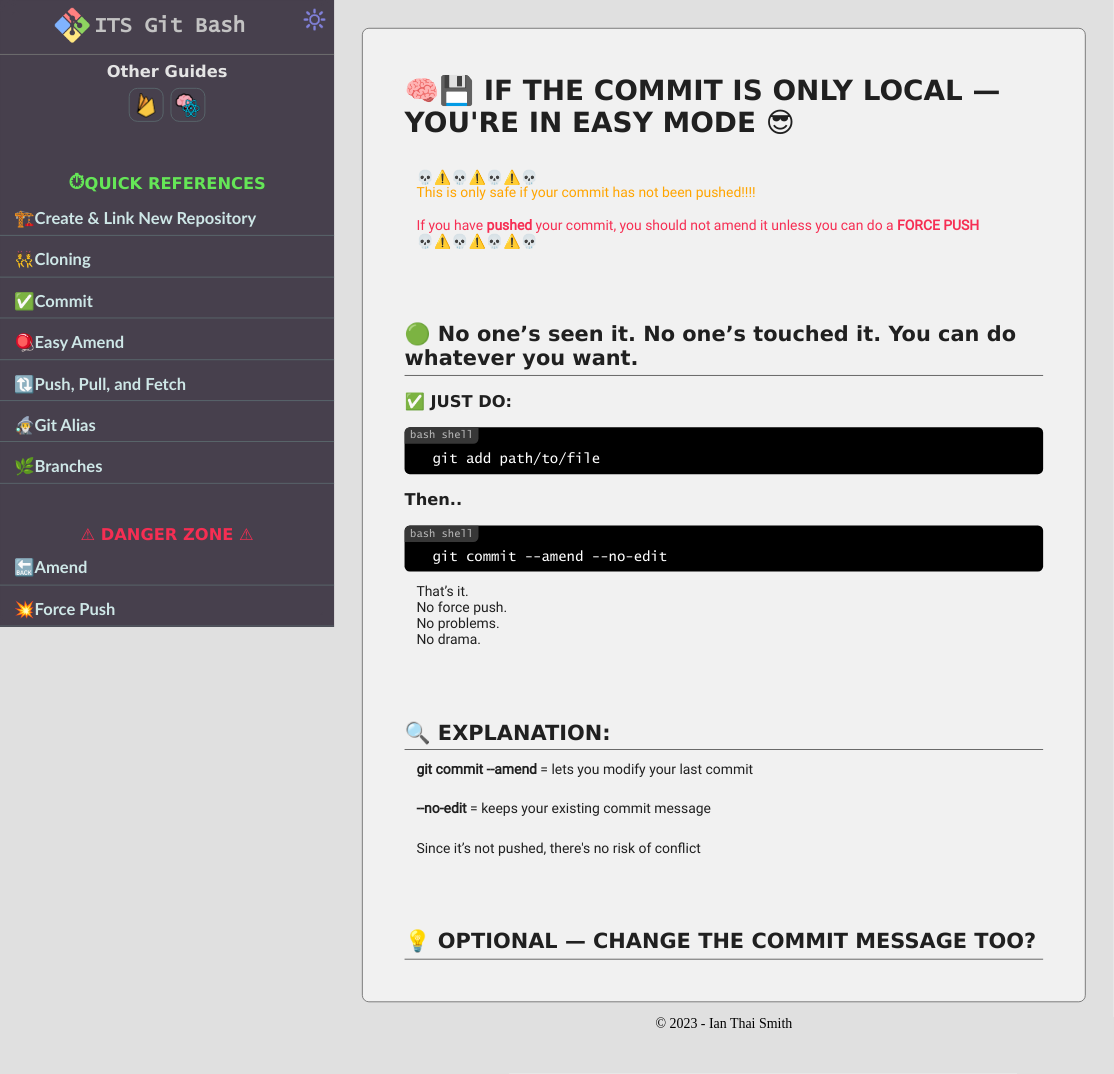
Repository: whyDoILoveThis/project__ITS_Git_Bash
Page: html/easy-amend.html
These files come from the project's save history. The page is drawn as it stood at one moment and after the next save; the edit follows.
The browser window is 1280 px wide. The pictures show the whole page, at 87% of full size.

Above is the page before, as saved 2025-07-06 06:40:52.

### html/easy-amend.html
<!DOCTYPE html>
<html lang="en">
  <head>
    <meta charset="UTF-8" />
    <meta name="viewport" content="width=device-width, initial-scale=1.0" />
    <link rel="stylesheet" href="/css/normalize.css" />
    <link rel="stylesheet" href="/css/style.css" />
    <title>new-page</title>
  </head>
  <body>
    <!--!!!!!-->
    <!--! MAIN-WRAP -->
    <div class="main-wrap">
      <section class="article-wrap">
        <article class="article">
          <h1>🧠💾 IF THE COMMIT IS ONLY LOCAL — YOU'RE IN EASY MODE 😎</h1>
          <p class="orng">
            💀⚠️💀⚠️💀⚠️💀
            <br />
            This is only safe if your commit has not been pushed!!!!
            <br />
            <br />
            <em class="red">
              If you have <b>pushed</b> your commit, you should not amend it
              unless you can do a <b>FORCE PUSH</b>
            </em>
            <br />
            💀⚠️💀⚠️💀⚠️💀
          </p>
          <h2>
            🟢 No one’s seen it. No one’s touched it. You can do whatever you
            want.
          </h2>
          <h3>✅ JUST DO:</h3>
          <div class="code">
            <p>git add path/to/file<br /></p>
          </div>
          <h3>Then..</h3>
          <div class="code">
            <p>git commit --amend --no-edit</p>
          </div>
          <p>
            That’s it. <br />
            No force push. <br />
            No problems. <br />
            No drama.
          </p>
          <h2>🔍 EXPLANATION:</h2>

          <p><b>git commit --amend</b> = lets you modify your last commit</p>
          <p><b>--no-edit</b> = keeps your existing commit message</p>
          <p>Since it’s not pushed, there's no risk of conflict</p>
          <h2>💡 OPTIONAL — CHANGE THE COMMIT MESSAGE TOO?</h2>
        </article>
      </section>
    </div>
    <!--! MAIN-WRAP -->
    <!--! !!!!!!! -->
    <script src="/JS/dynamic-nav.js"></script>
  </body>
</html>

### css/style.css


/*TODO: REFACTOR FOR BETTER ORGANIZATION
        AND REMOVING REDUNDANCIES*/

        :root {
            --size--brightness-toggler: 50px;
        }


.gradient {
    width: 100vw;
    height: 100vh;
    background: rgb(52,30,84);
background: linear-gradient(360deg, rgba(52,30,84,1) 0%, rgba(67,41,166,1) 100%);
}

@font-face {
    font-family: LucidaConsole;
    src: url(/fonts/lucon.ttf);

}

@font-face {
    font-family: Roboto;
    src: url(/fonts/Roboto-Regular.ttf);
}

body {
    font-family: 'Lucida Sans', 'Lucida Sans Regular', 'Lucida Grande', 'Lucida Sans Unicode', Geneva, Verdana, sans-serif;
    transition: background-color 0.3s ease-in;
    background-color: rgb(36, 31, 35);

}

body::-webkit-scrollbar-track
{
	-webkit-box-shadow: inset 0 0 6px rgba(0,0,0,0.3);
	border-radius: 10px;
	background-color: rgb(52, 29, 69);
}

body::-webkit-scrollbar
{
    border-radius: 10px;

	width: 5px;
	background-color: rgb(50, 41, 56);
}

body::-webkit-scrollbar-thumb
{
	border-radius: 10px;
	-webkit-box-shadow: inset 0 0 6px rgba(0,0,0,.3);
	background-color: #8181DB;
}



ul {
    list-style-type: none;
    padding: 0;
    padding-bottom: 4rem;
    margin: 0;
}

ul li {
    padding: 1rem 0 0.5rem 1rem;
    border-bottom: 0.5px solid rgb(90, 105, 110);
}

li a {
    text-decoration: none;
    color: rgb(206, 231, 231);
    font-family: 'Trebuchet MS', 'Lucida Sans Unicode', 'Lucida Grande', 'Lucida Sans', Arial, sans-serif;
    font-weight: 600;
    text-decoration-thickness: 0px;
    font-size: 19px;
}

a {
    color: rgb(45, 143, 248);
    text-decoration: none;
}

a:hover {
    font-weight: 600;
    text-decoration: underline;
}

li a:hover {
    text-decoration: underline;
    text-decoration-thickness: 2px;
    text-decoration-color: rgb(110, 203, 103);
}

em {
    font-style: normal;
}

.main-wrap {
    display: flex;
    height: 100%;
    width: 100%;
}

/** NAV */

.nav {
    z-index: 100;
    background: rgba(50, 41, 56, 0.877);
    backdrop-filter: blur(8px);
    -webkit-backdrop-filter: blur(8px);
    display: flex;
    flex-direction: column;
    width: 30%;
    height: 100%;
    position: fixed;
    overflow: auto;
    transition: all 0.37s ease-out;
}

.nav::-webkit-scrollbar-track
{
	-webkit-box-shadow: inset 0 0 6px rgba(0,0,0,0.3);
	border-radius: 10px;
	background-color: rgb(50, 41, 56);
}

.nav::-webkit-scrollbar
{
    border-radius: 10px;

	width: 3px;
	background-color: rgb(50, 41, 56);
}

.nav::-webkit-scrollbar-thumb
{
	border-radius: 10px;
	-webkit-box-shadow: inset 0 0 6px rgba(0,0,0,.3);
	background-color: #8181DB;
}


.logo-wrap {
    height: auto;
    max-height: 40px;
    display: flex;
    align-items: center;
    justify-content: center;
    gap: 0.3rem;
    padding: 0.7rem;
    border-bottom: 1px solid rgb(115, 115, 115);
    padding-right: var(--size--brightness-toggler);

}

.logo__icon {
    width: 8vw;
    max-width: 40px;
    height: 8vw;
    max-height: 40px;
    display: inline;
}

.logo__tag {
    color: rgb(195, 195, 195);
    font-family:  LucidaConsole, Arial, Helvetica, sans-serif;
    white-space: 1px;
    font-size: 24px;
    font-weight: 600;
    margin: 0;
}

.dark-mode-toggler-wrap {
    position: absolute;
    top: 10px;
    right: 10px;

}

.other-guides-wrap {
    margin: 0.5rem;
    display: flex;
    justify-content: center;
    align-self: center;
    gap: 0.5rem;
}

.other-guides-wrap > a > img {
    width: 28px;
}

.other-guides-heading {
    color: rgb(228, 228, 228);
    margin-top: 0;
}

.guide-link {
    border: 1px solid rgb(90, 105, 110);
    border-radius: 10px;
    display: flex;
    justify-content: center;
    padding: 0.3rem;
    transition: background-color 0.4s;
}

.guide-link:hover {
    background-color: rgba(255, 255, 255, 0.117);
}

.quick-ref-heading {
    color: rgb(101, 230, 87);
    text-transform: uppercase;
}

.quick-ref-heading::before {
    content: '⏱';
    font-size: 24px;
}

.article-wrap {
    margin-left: 30%;
    width: calc(70% - 2rem * 2);
    padding: 2rem;
}

.article {
    border: 1px solid rgb(109, 109, 109);
    border-radius:8px;
    display: flex;
    flex-direction: column;
    padding: 3rem;
    padding-top: 2rem;

    background-color: rgb(49, 49, 49);
    color: rgba(255, 255, 255, 0.90);
    transition: background-color 0.4s ease-in, color 0.5s ease-in;

}

.article__heading,
.article h2.h2--large {
    text-align: center;
    font-size: 32px;
    margin: 0.8rem;
    border: 0;
}

.article h2 {
    margin: 4.4rem 0 0rem 0;
    border-bottom: 1px solid #555;
    padding-bottom: 0.3rem;
}


.article > p {
    font-family: Roboto, Arial, Helvetica, sans-serif;
    margin: 0.85rem;
}

.emoji {
    display: inline;
    width: 20px;
}

.emoji--rocket {
    content: url(/img/emoji-rocket.PNG);
}

.code {
    font-family: LucidaConsole, Arial, Helvetica, sans-serif;
    white-space: nowrap;
    background-color: black;
    color: white;
    font-style: normal;
    width: 100%;
    display: flex;
    flex-direction: column;
    border-radius: 6px;
    overflow: auto;
}

.code p::selection,
.code em::selection {
    background: rgba(214, 172, 238, 0.273);
    color: inherit;
}

.code::-webkit-scrollbar {
    width: 12px;
    background-color: #F5F5F5;
    height: 7px;
}
.code::-webkit-scrollbar-thumb {
    border-radius: 1px;
    -webkit-box-shadow: inset 0 0 6px rgba(0,0,0,.3);
    background-color: #555;
}
.code::-webkit-scrollbar-track {
    -webkit-box-shadow: inset 0 0 6px rgba(0,0,0,0.3);
    border-radius: 1px;
    background-color: #F5F5F5;
}


.code::before {
    content: 'bash shell';
    background-color: rgb(55, 55, 55);


    align-self: flex-start;

    color: rgb(184, 184, 184);
    padding: 0.25rem 0.4rem 0.1rem 0.4rem;
    border-radius: 6px 0px 6px 0;
    font-size: 12px;
}

.code--html::before {
    content: 'HTML';
    color: rgb(255, 72, 0);
    letter-spacing: 1px;
}

.code--js::before {
   content: 'javascript';
   color: yellow;
}

.code--json::before {
    content: 'json';
    color: rgb(93, 184, 93);
}

.code--file-struct::before {
    content: '📁';
    font-size: 20px;
}

.code p {
    margin: 0.5rem 0 0.5rem 2rem;
    display: inline-block;
    flex: 0 0 100%;
}

.comnt {
    color: rgb(123, 123, 123);
}

.orng {
    color: orange;
}

.grn {
    color: rgb(60, 162, 60);
}

.blu {
    color: rgb(74, 189, 255);
}

.red {
    color: rgb(246, 46, 83);
}

/** BUTTONS */

.btn-group {
    display: flex;
    gap: 0.5rem;
}

.btn {
    position: relative;
    z-index: 99;
    width: 100%;
    font-family: Roboto, Arial, Helvetica, sans-serif;
    font-size: 24px;
    text-shadow: 0 0 2px rgba(0, 0, 0, 0.577);
    padding: 10px 20px;
    background-color: #27396a;

    color: #6cbbfb;
    cursor: pointer;
    border-radius: 10px;
    border: 1.5px solid rgb(0, 0, 0);
    margin-top: 1rem;
}

.btn--important {
    color: rgb(252, 107, 107);
    background-color: rgb(83, 32, 32);
}

.btn--more-info-box {

    font-family: Roboto, Arial, Helvetica, sans-serif;
    background-color: #eeeeee;
    background-color: #363232;

    color: #202020;
    color: rgba(255, 255, 255, 0.90);
    position: relative;
    top: -1rem;
    padding: 1rem;
    border-radius: 8px;
    text-align: center;
    border: 1.5px solid rgb(0, 115, 225);
    animation: 0.5s ease-in-out;
    transform-origin: top center;
    transition: background-color 0.4s ease-in, color 0.5s ease-in;
}

.btn--more-info-box.hidden {
    display: none;

}

@keyframes bounceDown {
    0% {
        transform: scaleY(0);
        opacity: 0;
    }
    70% {
        transform: scaleY(1.04);
        opacity: 1;
    }
    100% {
        transform: scaleY(1);
        opacity: 1;
    }
}

@keyframes bounceUp {
    0% {
        transform: scaleY(1);
        opacity: 1;
    }

    20% {
        transform: scaleY(1.04);
        opacity: 0.8;
    }

    100% {
        transform: scaleY(0);
        opacity: 0.2;
    }
}

.btn--more-info-box p {
    text-align: left;
}

.btn--more-info-box h2 {
    margin-top: 2.5rem;
}

.btn--more-info-box h3 {
    margin-top: 1.5rem;
    margin-bottom: 0;
}

@media screen and (min-width: 768px) {
    .nav-toggler {
        position: fixed;
        display: none;
        visibility: hidden;
    }
}

@media screen and (max-width: 778px) {
    ul li {
        padding: 0.8rem 0.3rem 0.5rem 0.8rem;
    }

    li a {
        font-size: 17px;
    }

    .nav {
        margin: 0;
        width: 100%;
        height: 60px;
        overflow: hidden;
        border-top-right-radius: 0;
        border-bottom-left-radius: 10px;
        border-bottom-right-radius: 10px;
        box-shadow: 1px 1px 1px 3px rgba(0, 0, 0, 0.179);
    }

    .nav-expanded {
        width: 85%;
        height: 100%;
        overflow-y: auto;
        box-shadow: 1px 1px 0px 700px rgba(0, 0, 0, 0.5);
        border-bottom-left-radius: 0;
    }

    .nav-expanded .nav-toggler {
        position: absolute;
        transform: translateY(60px);
    }

    .logo-wrap {
        place-self: center;
        padding-right: var(--size--brightness-toggler);
        padding-left: var(--size--brightness-toggler);
    }
    .logo__icon {
        height: 40px;
        width: 40px;
    }
    .dark-mode-toggler-wrap {
        position: absolute;
        top: 15px;
        right: 10px;

    }
    .nav-toggler {
       width: 40px;
       position: absolute;
       left: 10px;

       transition: all 0.2s;
    }

    .logo__tag {
        font-size: 22px;
        white-space: nowrap;
    }

    .article-wrap {
        margin: 0;
        width: calc(100% - 0.5rem * 2);
         padding: 0.5rem;
         margin-top: 70px;
     }
     .article {
        padding: 0.5rem;
    }
}

.copyright::before {
    content: '© 2023 - Ian Thai Smith ';
    font-family: 'Times New Roman', Times, serif ;
    display: flex;
    justify-content: center;

}

### JS/dynamic-nav.js
const head = document.getElementsByTagName('head')[0];
const tabIcon = document.createElement("link");
tabIcon.href = "/img/git-bash-icon.png";
tabIcon.rel = "icon";
head.appendChild(tabIcon);

const articleWrap = document.querySelector(".article-wrap");

const copyright = document.createElement("p");
copyright.classList.add("copyright");

articleWrap.appendChild(copyright);

// Select the target element
const container = document.querySelector(".main-wrap");

// Create the main navigation element
const navigation = document.createElement("nav");
navigation.classList.add("nav");

function expandNav(){
    navigation.classList.toggle("nav-expanded")
}

const navToggler = document.createElement("img");
navToggler.src = "/img/icon-nav-toggler.png";
navToggler.classList.add("nav-toggler");
navToggler.addEventListener("click", expandNav);



// Create the logo-wrap div
const logoWrap = document.createElement("div");
logoWrap.classList.add("logo-wrap");

// Create the logo icon
const logoIcon = document.createElement("img");
const homeLink = document.createElement("a");
homeLink.href = "/index.html";
logoIcon.src = "/img/git-bash-icon.png";
logoIcon.alt = "";
logoIcon.classList.add("logo__icon");
homeLink.appendChild(logoIcon);


// Create the logo tag
const logoTag = document.createElement("p");
logoTag.classList.add("logo__tag");
logoTag.innerText = "ITS Git Bash";


const darkModeTogglerWrap = document.createElement("div");
darkModeTogglerWrap.classList.add("dark-mode-toggler-wrap");
const darkModeToggler = document.createElement("img");
darkModeTogglerWrap.appendChild(darkModeToggler);
darkModeToggler.src = "/img/icon-brightness-dim.png";
darkModeToggler.style.width = "25px";
darkModeToggler.classList.add(".dark-mode-toggler");

const article = document.querySelector('.article')


darkModeToggler.addEventListener("click", toggleBrightness);

const otherGuidesWrap = document.createElement("div");
otherGuidesWrap.classList.add("other-guides-wrap");

const otherGuides = document.createElement("h3");
otherGuides.innerText = "Other Guides";
otherGuides.classList.add('other-guides-heading');
otherGuides.style.textAlign = "center";
otherGuides.style.marginBottom = "0";
otherGuides.style.marginTop = "0.5rem";

const linkBash = document.createElement('a');
const imgBash = document.createElement("img");
linkBash.classList.add('guide-link');
imgBash.src = "/img/firebase-icon.png";
linkBash.href = "https://its-firebase.vercel.app";
linkBash.appendChild(imgBash);
otherGuidesWrap.appendChild(linkBash);
// another
const linkReact18 = document.createElement('a');
const imgReact18 = document.createElement("img");
linkReact18.classList.add('guide-link');
imgReact18.src = "/img/learn-react18-icon.png";
linkReact18.href = "https://learn-react18.vercel.app";
linkReact18.appendChild(imgReact18);
otherGuidesWrap.appendChild(linkReact18);




const infoBoxes = document.querySelectorAll('.btn--more-info-box');


// Check if 'bright' is stored in localStorage
const storedBright = localStorage.getItem('bright');

// Initialize 'bright' with the stored value (or default to false if not found)
let bright = storedBright === 'false';


function toggleBrightness() {
    bright = !bright;

    // Store the updated 'bright' value in localStorage
    localStorage.setItem('bright', bright);

 // Update UI and apply styles based on 'bright' state

    if(bright){
    fadeOutAndChange(darkModeToggler, "/img/icon-brightness-bright.png");
    document.body.style.backgroundColor = 'rgb(224, 224, 224)';
    article.style.backgroundColor = 'rgb(241, 241, 241)';
    article.style.color = '#202020';
    copyright.style.color = 'black';
    infoBoxes.forEach(infoBox => {
        infoBox.style.backgroundColor = '#eeeeee';
        infoBox.style.color = '#202020';
    });
    } else {
        fadeOutAndChange(darkModeToggler, "/img/icon-brightness-dim.png");
        document.body.style.backgroundColor = 'rgb(36, 31, 35)';
        article.style.backgroundColor = 'rgb(49, 49, 49)';
        article.style.color = 'rgba(255, 255, 255, 0.90)';
        copyright.style.color = 'white';
        infoBoxes.forEach(infoBox => {
            infoBox.style.backgroundColor = '#363232';
            infoBox.style.color = 'rgba(255, 255, 255, 0.90)';
        });
    }
}

function fadeOutAndChange(element, newImageSrc) {
    element.style.opacity = 0;
    setTimeout(() => {

        element.src = newImageSrc;
        element.style.opacity = 1;
    }, 200); // Adjust the time to match your CSS transition duration
}

// Call toggleBrightness to initialize UI based on stored value
toggleBrightness();


// Append the logo icon and tag to the logo-wrap div
logoWrap.appendChild(navToggler);
logoWrap.appendChild(homeLink);
logoWrap.appendChild(logoTag);



// Create the links list
const linkList = document.createElement("ul");
linkList.classList.add("link__list");


const quickRefs = document.createElement("h3");
quickRefs.innerText = "Quick References";
quickRefs.classList.add('quick-ref-heading');
quickRefs.style.textAlign = "center";
quickRefs.style.marginBottom = "0";
quickRefs.style.marginTop = "3rem";
linkList.appendChild(quickRefs);
/****************LINKS****************** */
/****************LINKS****************** */
// Create a list item for the link
const linkItem1 = document.createElement("li");
linkItem1.classList.add("link");
// Create the link itself
const linkCreateNewRepo = document.createElement("a");
linkCreateNewRepo.href = "/html/create-and-link-new-repo.html";
linkCreateNewRepo.innerText = "🏗️Create & Link New Repository";
// Append the link to the list item
linkItem1.appendChild(linkCreateNewRepo);
// Append the list item to the links list
linkList.appendChild(linkItem1);

// Create a list item for the link
const linkItem2 = document.createElement("li");
linkItem2.classList.add("link");
const linkCloning = document.createElement("a");
linkCloning.href = "/html/cloning.html";
linkCloning.innerText = "👯‍♀️Cloning";
// Append the link to the list item
linkItem2.appendChild(linkCloning);
// Append the list item to the links list
linkList.appendChild(linkItem2);

const linkItem3 = document.createElement("li");
linkItem3.classList.add("link");
const linkCommit = document.createElement("a");
linkCommit.href = "/html/commit.html";
linkCommit.innerText = "✅Commit";
linkItem3.appendChild(linkCommit);
linkList.appendChild(linkItem3);

const linkItem3v1 = document.createElement("li");
linkItem3v1.classList.add("link");
const linkEasyAmend = document.createElement("a");
linkEasyAmend.href = "/html/easy-amend.html";
linkEasyAmend.innerText = "🪀Easy Amend";
linkItem3v1.appendChild(linkEasyAmend);
linkList.appendChild(linkItem3v1);

const linkItem4 = document.createElement("li");
linkItem4.classList.add("link");
const linkPushPullAndFetch = document.createElement("a");
linkPushPullAndFetch.href = "/html/push-pull-and-fetch.html";
linkPushPullAndFetch.innerText = "🔃Push, Pull, and Fetch";
linkItem4.appendChild(linkPushPullAndFetch);
linkList.appendChild(linkItem4);

const linkItem7 = document.createElement("li");
linkItem7.classList.add("link");
const linkGitAlias = document.createElement("a");
linkGitAlias.href = "/html/git-alias.html";
linkGitAlias.innerText = "🧙‍♂️Git Alias";
linkItem7.appendChild(linkGitAlias);
linkList.appendChild(linkItem7);

const linkItem8 = document.createElement("li");
linkItem8.classList.add("link");
const linkBranches = document.createElement("a");
linkBranches.href = "/html/branches.html";
linkBranches.innerText = "🌿Branches";
linkItem8.appendChild(linkBranches);
linkList.appendChild(linkItem8);

const dangerZone = document.createElement("h3");
dangerZone.innerText = "⚠ DANGER ZONE ⚠";
dangerZone.style.textAlign = "center";
dangerZone.classList.add("red");
dangerZone.style.marginBottom = "0";
dangerZone.style.marginTop = "3rem";
linkList.appendChild(dangerZone);

const linkItem5 = document.createElement("li");
linkItem5.classList.add("link");
const linkAmend = document.createElement("a");
linkAmend.href = "/html/amend.html";
linkAmend.innerText = "🔙Amend";
linkItem5.appendChild(linkAmend);
linkList.appendChild(linkItem5);

const linkItem6 = document.createElement("li");
linkItem6.classList.add("link");
const linkForcePush = document.createElement("a");
linkForcePush.href = "/html/💥force-push.html";
linkForcePush.innerText = "💥Force Push";
linkItem6.appendChild(linkForcePush);
linkList.appendChild(linkItem6);





/****************LINKS****************** */
/****************LINKS****************** */


// Append the logo-wrap div and links list to the navigation
navigation.appendChild(logoWrap);
navigation.appendChild(darkModeTogglerWrap);
navigation.appendChild(otherGuides);
navigation.appendChild(otherGuidesWrap);
navigation.appendChild(linkList);

// Append the navigation to the container
container.appendChild(navigation);

Loaded but not shown: css/normalize.css (library)

After the next save:
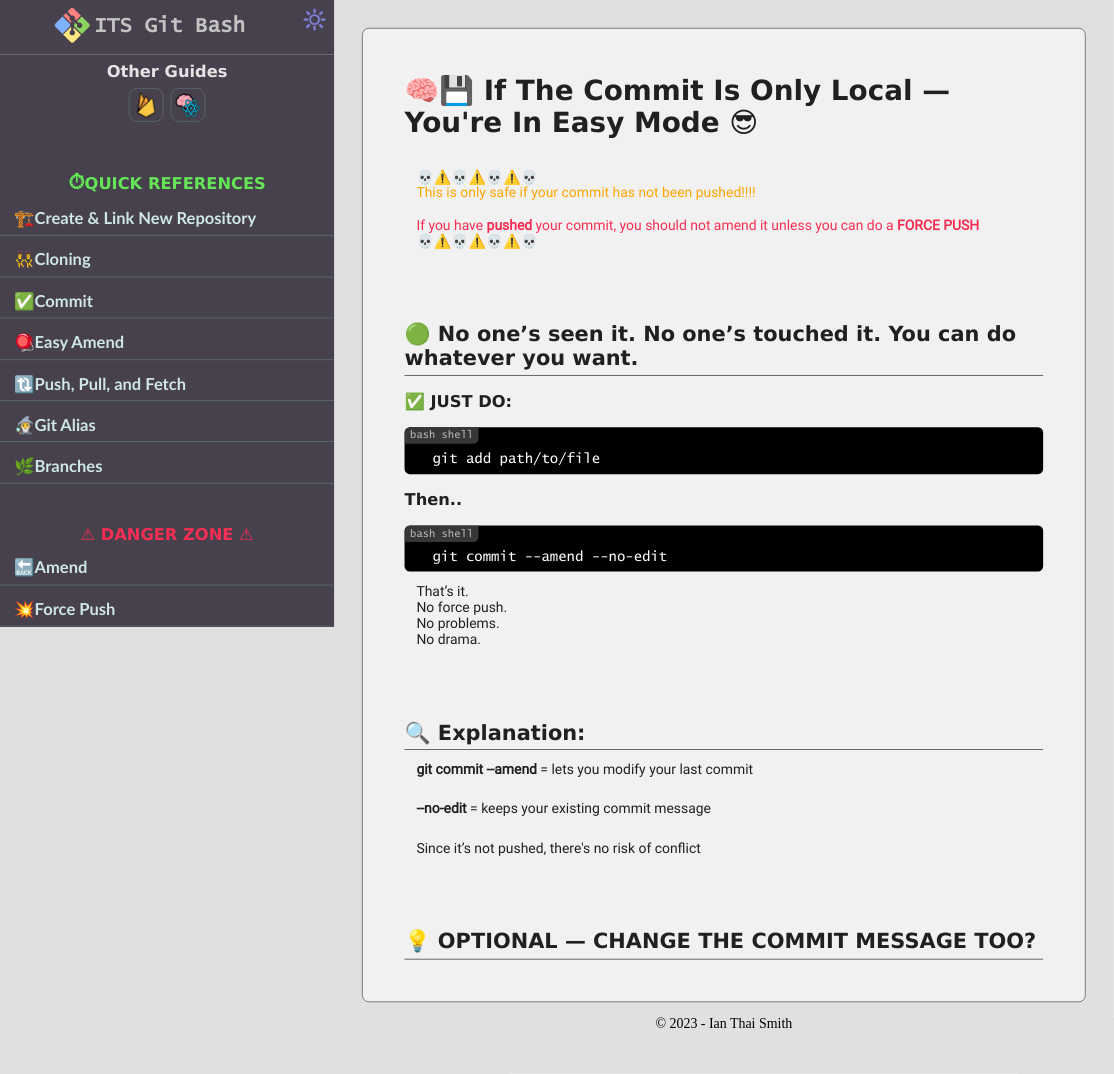
Saved 2 min 11 s later.
--- a/html/easy-amend.html
+++ b/html/easy-amend.html
@@ -13,7 +13,7 @@
     <div class="main-wrap">
       <section class="article-wrap">
         <article class="article">
-          <h1>🧠💾 IF THE COMMIT IS ONLY LOCAL — YOU'RE IN EASY MODE 😎</h1>
+          <h1>🧠💾 If The Commit Is Only Local — You're In Easy Mode 😎</h1>
           <p class="orng">
             💀⚠️💀⚠️💀⚠️💀
             <br />
@@ -45,7 +45,7 @@
             No problems. <br />
             No drama.
           </p>
-          <h2>🔍 EXPLANATION:</h2>
+          <h2>🔍 Explanation:</h2>
 
           <p><b>git commit --amend</b> = lets you modify your last commit</p>
           <p><b>--no-edit</b> = keeps your existing commit message</p>
